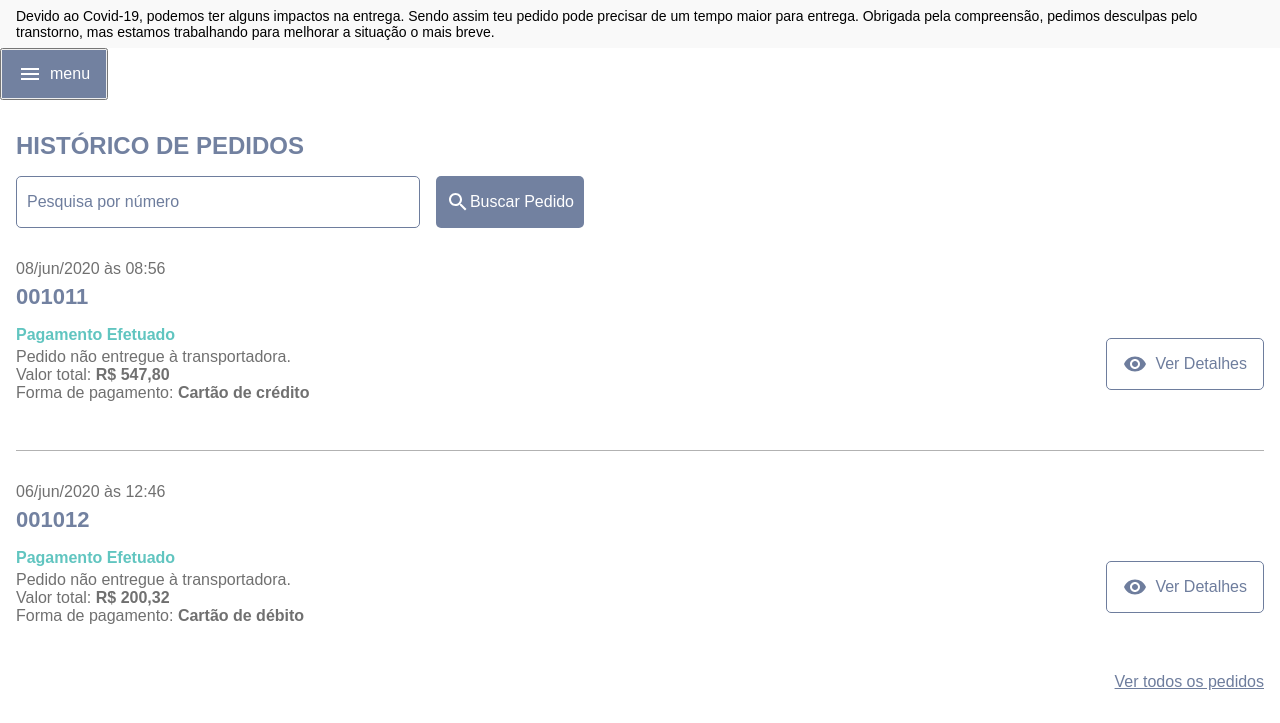
Repository: indiamarasiqueira/gestao-produto
Page: /
An editor plug-in stored every save of this project. The page is shown before and after the next save, followed by the edit.
The browser window is 1280 px wide. The pictures show the whole page.
The project was rebuilt for these pictures with package versions that can differ from the ones it lists, and the page was loaded fresh each time. Also part of the build but not shown: src/pages/generic/style.js, src/pages/generic/index.js, src/components/ModalMenu/index.js.

Above is the page before, as saved 2020-07-07 10:41:59.

After the next save:
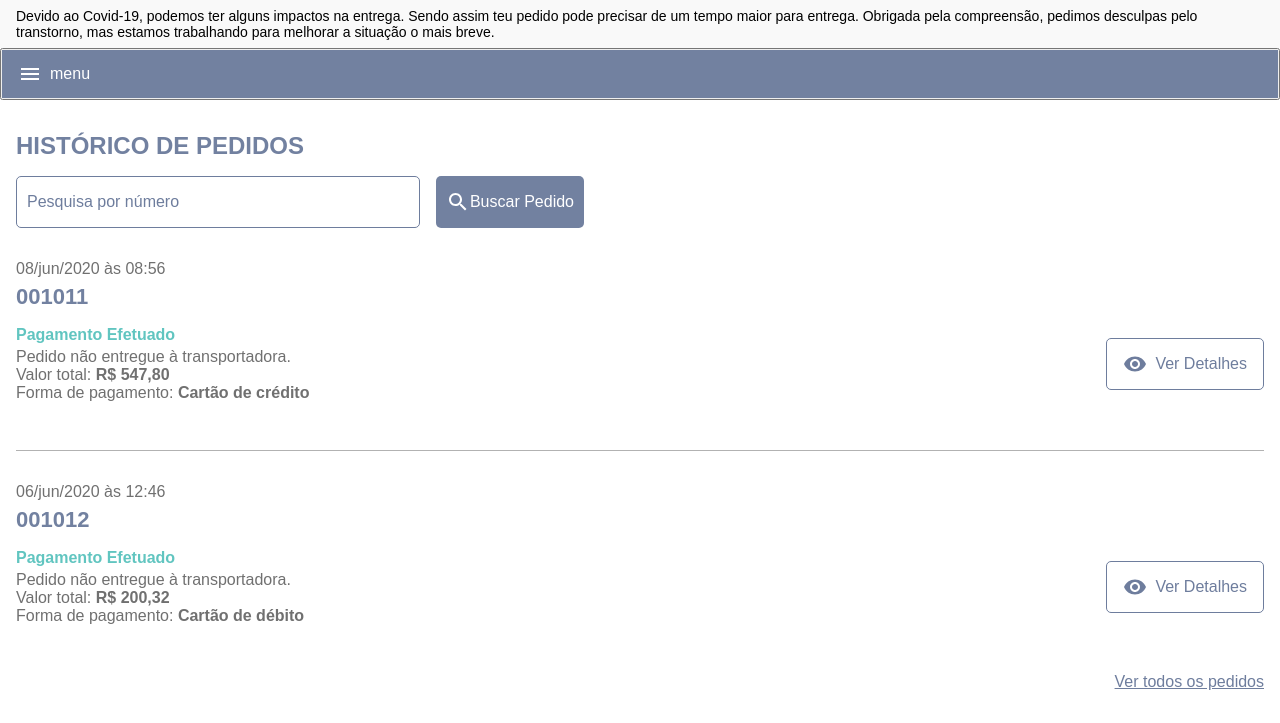
Saved 19 s later.
--- a/src/pages/orderHistory/style.js
+++ b/src/pages/orderHistory/style.js
@@ -2,4 +2,9 @@
 
 export const BoxIcon = styled.div`
 
+    @media all and (min-width: 600px){
+    display: grid;
+    grid-template-rows: 1fr;
+    height: 100%;
+  }
 `;

After the save that followed:
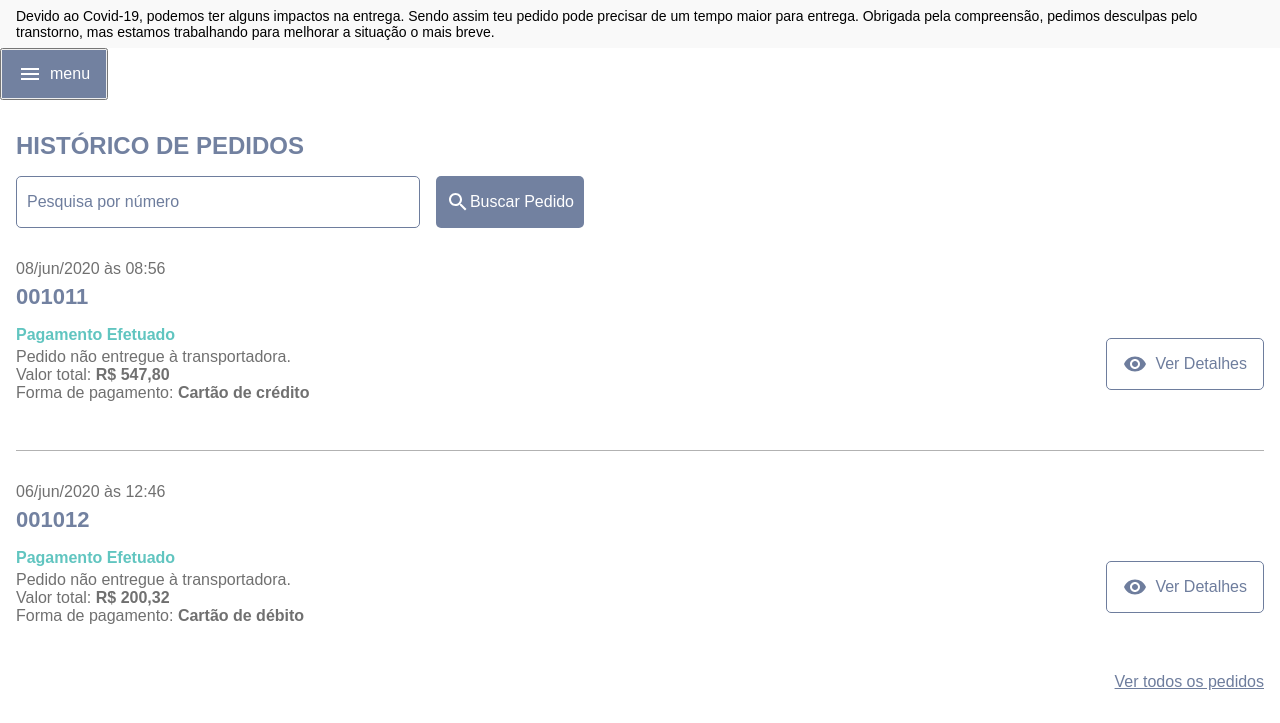
Saved 11 s later.
--- a/src/pages/orderHistory/style.js
+++ b/src/pages/orderHistory/style.js
@@ -2,7 +2,7 @@
 
 export const BoxIcon = styled.div`
 
-    @media all and (min-width: 600px){
+    @media all and (max-width: 600px){
     display: grid;
     grid-template-rows: 1fr;
     height: 100%;
